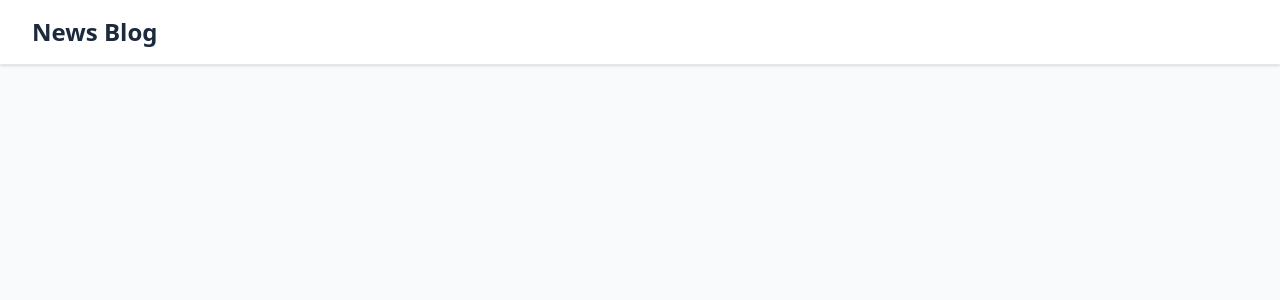
Repository: estevam02009/news-blog
Page: /
The author's editor kept a copy of each file at every save. The page is drawn from the files as they stood at one save, then again after the next save.
The browser window is 1280 px wide. The pictures show the whole page.
The project was rebuilt for these pictures with package versions that can differ from the ones it lists, and the page was loaded fresh each time. Also part of the build but not shown: vite.config.ts.

Above is the page before, as saved 2025-08-08 16:53:59.

After the next save:
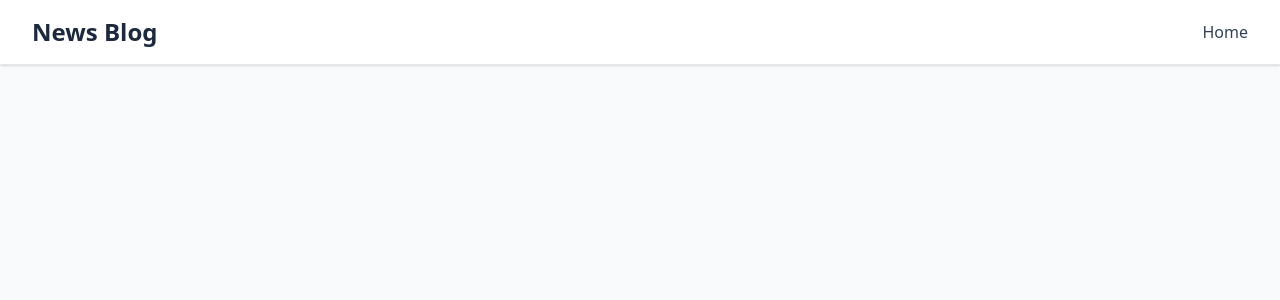
Saved 26 s later.
--- a/src/components/Header.tsx
+++ b/src/components/Header.tsx
@@ -12,7 +12,9 @@ const Header: React.FC = () => {
                     </div>
 
                 {/* Desktop Navigation */}
-                <div className='hidden md:flex items-center space-x-8'></div>
+                <div className='hidden md:flex items-center space-x-8'>
+                    <a href='/' className='text-slate-700 hover:text-blue-600 font-medium transition-colors'>Home</a>
+                </div>
                 </div>
             </div>
         </header>
